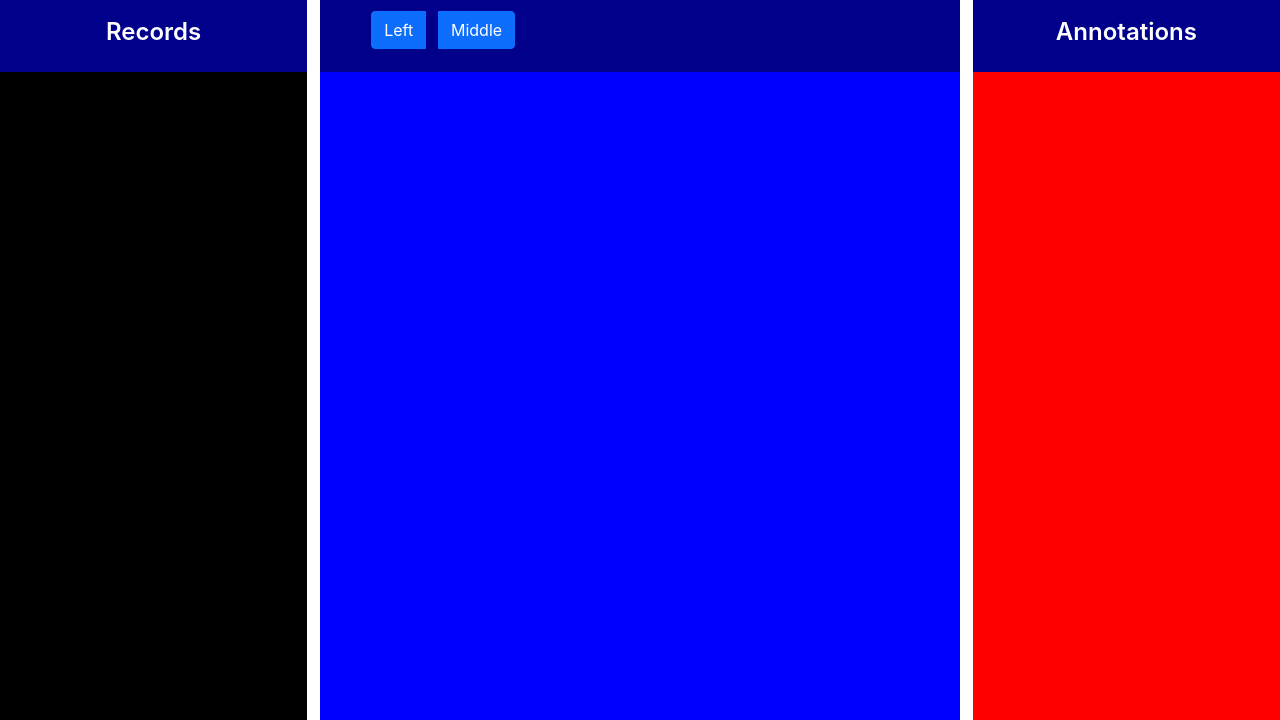
Repository: napan24/classforma_assignment
Page: / (app in client/)
These files come from the project's save history. The page is drawn as it stood at one moment and after the next save; the edit follows.
The browser window is 1280 px wide. The pictures show the whole page.
The project was rebuilt for these pictures with package versions that can differ from the ones it lists, and the page was loaded fresh each time. Also part of the build but not shown: client/src/App.css.

Above is the page before, as saved 2022-07-19 17:02:46.

After the next save:
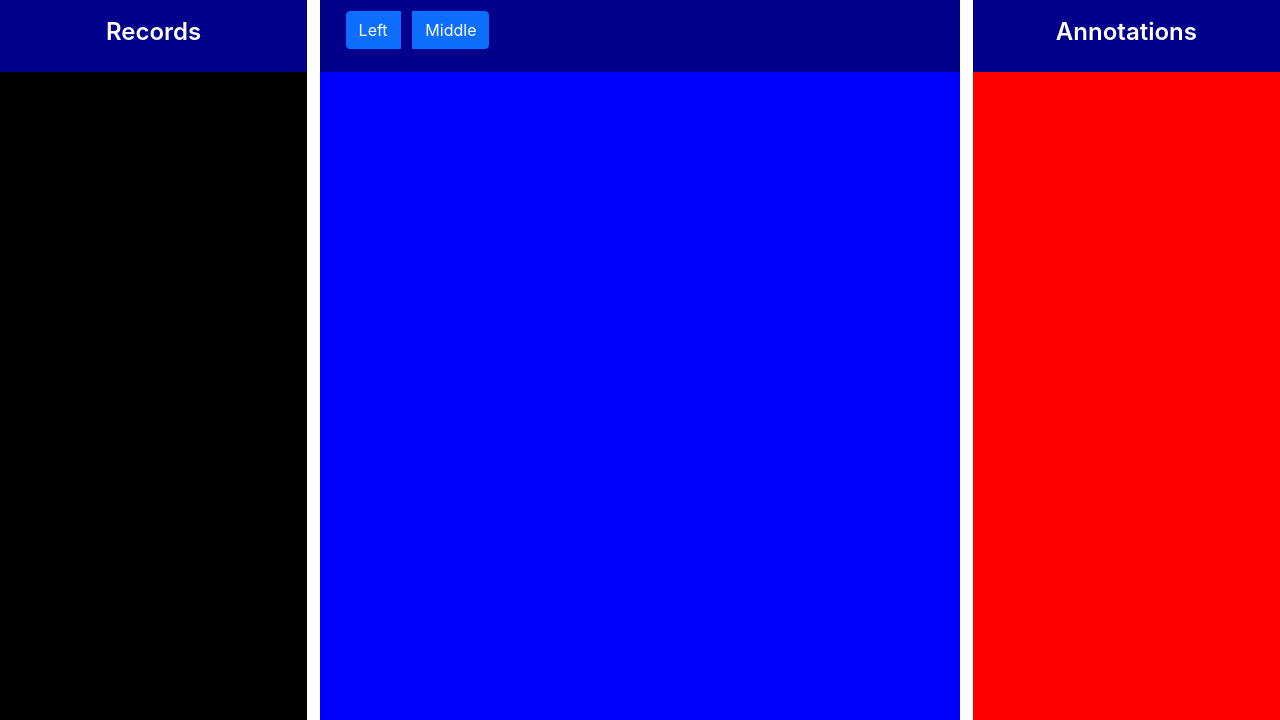
Saved 4 s later.
--- a/client/src/Home.js
+++ b/client/src/Home.js
@@ -16,7 +16,7 @@ const Home = () => {
                 </div>
                 <div style={{ width: "50vw", height: "100vh", backgroundColor: "blue", marginRight: "1vw" }}>
                     <div style={{ width: "50vw", height: "10vh", backgroundColor: "#00008b" }}>
-                        <div class="btn-group" role="group" aria-label="Basic example" style={{marginTop:"1.5vh",marginLeft:"4vw"}}>
+                        <div class="btn-group" role="group" aria-label="Basic example" style={{marginTop:"1.5vh",marginLeft:"2vw"}}>
                             <button type="button" class="btn btn-primary" style={{marginRight:"1vw"}}>Left</button>
                             <button type="button" class="btn btn-primary">Middle</button>
                         </div>
